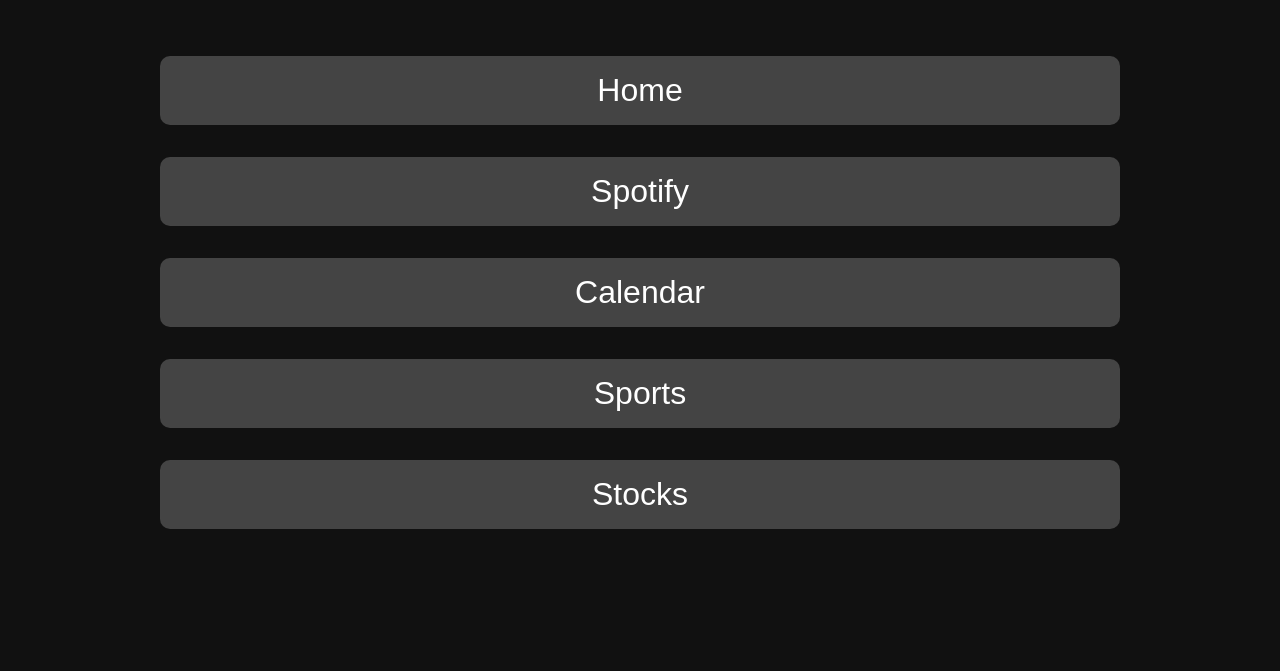
Repository: dakim21/Smart-Mirror
Page: http://localhost/remote
An editor plug-in stored every save of this project. The page is shown before and after the next save, followed by the edit.
The browser window is 1280 px wide. The pictures show the whole page.
The page is served by the project's application, run on Flask 3 (app.py).

Above is the page before, as saved 2025-04-26 16:31:00.

### templates/remote.html
<!-- templates/remote.html -->
<!DOCTYPE html>
<html lang="en">
<head>
  <meta charset="UTF-8">
  <meta name="viewport" content="width=device-width, initial-scale=1.0">
  <style>
    body {
      font-family: 'Sora', sans-serif;
      background: #111;
      color: white;
      display: flex;
      flex-direction: column;
      align-items: center;
      padding: 2rem;
    }

    button {
      font-size: 2rem;
      margin: 1rem;
      padding: 1rem 2rem;
      background: #444;
      color: white;
      border: none;
      border-radius: 10px;
      cursor: pointer;
      width: 80%;
    }

    button:hover {
      background: #666;
    }
  </style>
</head>
<body>
  <button onclick="setPage('home')">Home</button>
  <button onclick="setPage('spotify')">Spotify</button>
  <button onclick="setPage('calendar')">Calendar</button>
  <button onclick="setPage('sports')">Sports</button>
  <button onclick="setPage('stocks')">Stocks</button>

  <script>
    async function setPage(page) {
      await fetch("/set_page", {
        method: "POST",
        headers: {
          "Content-Type": "application/json"
        },
        body: JSON.stringify({ page })
      });
      alert(`Mirror set to "${page}"`);
    }
  </script>
</body>
</html>

### app.py
'''
Smart Mirror Backend Server

- Provides webpage routes for the Smart Mirror UI
- Serves backend data for stocks, sports, Spotify, and Google Calendar
- Caches API responses to limit frequent requests
- Built with Flask
'''

# Import necessary libraries and modules
from flask import Flask, render_template, jsonify, request, redirect
import time
from datetime import datetime, time as dt_time, timedelta, date
import pytz, os, requests
from dotenv import load_dotenv
from spotipy import Spotify
from spotipy.oauth2 import SpotifyOAuth
from google.oauth2.credentials import Credentials
from google_auth_oauthlib.flow import InstalledAppFlow
from googleapiclient.discovery import build
from google.auth.transport.requests import Request

# Initialize Flask app
app = Flask(__name__)

# Load environment variables from .env file
load_dotenv()

# Add headers to prevent caching after each request
@app.after_request
def add_header(response):
    response.headers["Cache-Control"] = "no-cache, no-store, must-revalidate"
    response.headers["Pragma"] = "no-cache"
    response.headers["Expires"] = "0"
    return response

# Track current page shown on mirror
current_page = "home"

# ================================
# Mirror UI Routes
# ================================

@app.route('/mirror')
def mirror():
    # Load main mirror frame
    return render_template('mirror.html')

@app.route('/current_page')
def get_current_page():
    # Return the name of the current active page
    return jsonify({"page": current_page})

@app.route('/set_page', methods=['POST'])
def set_current_page():
    # Update the page based on user request
    global current_page
    data = request.get_json()
    page = data.get('page', 'home')
    current_page = page
    return jsonify({"status": "success", "current_page": current_page})

# ================================
# UI Subpages
# ================================

@app.route('/')
@app.route('/home')
def home():
    # Home page route
    return render_template('home.html')

@app.route('/spotify')
def spotify_page():
    # Spotify page route
    return render_template('spotify.html')

@app.route('/remote')
def remote():
    # Remote control page route
    return render_template('remote.html')

@app.route('/calendar')
def calendar_page():
    # Calendar page route
    return render_template('calendar.html')

@app.route('/stocks')
def stocks():
    # Stocks chart page route
    return render_template('stocks.html')

@app.route('/sports')
def sports():
    # Sports page route
    return render_template('sports.html')

# ================================
# Stocks API
# ================================

# Setup caching for stock data
cached_stock_data = None
cached_stock_time = 0
STOCK_CACHE_TTL = 600  # seconds

@app.route('/stocks_data')
def stocks_data():
    global cached_stock_data, cached_stock_time

    now = time.time()
    if cached_stock_data and (now - cached_stock_time) < STOCK_CACHE_TTL:
        print("✅ Returning cached stock data")
        return jsonify(cached_stock_data)

    API_KEY = "A79E9AHKRPHVZROI"  # (or whatever your new API key is)
    STOCK_SYMBOLS = ['GOOGL', 'NVDA', 'INTC', 'NXPI']
    result = {}

    for symbol in STOCK_SYMBOLS:
        url = f"https://www.alphavantage.co/query?function=TIME_SERIES_DAILY&symbol={symbol}&apikey={API_KEY}"
        print(f"Fetching {symbol}: {url}")
        r = requests.get(url, timeout=10)
        data = r.json()

        time_series = data.get("Time Series (Daily)", {})
        dates = sorted(time_series.keys(), reverse=True)[:5]

        labels, prices = [], []
        for date_ in sorted(dates):
            close_price = float(time_series[date_]["4. close"])
            month, day = date_.split("-")[1:]
            labels.append(f"{int(month)}/{int(day)}")
            prices.append(close_price)

        result[symbol] = {"labels": labels, "prices": prices}

    cached_stock_data = result
    cached_stock_time = now
    print("✅ Stock data updated and cached")
    return jsonify(result)

# ================================
# Sports API
# ================================

# Setup caching for sports data
cached_sports_data = None
cached_sports_time = 0
SPORTS_CACHE_TTL = 600  # seconds

@app.route('/sports_data')
def sports_data():
    global cached_sports_data, cached_sports_time

    now = time.time()
    if cached_sports_data and (now - cached_sports_time) < SPORTS_CACHE_TTL:
        # Return cached sports if not expired
        print("✅ Returning cached sports data")
        return jsonify(cached_sports_data)

    API_KEY = "PoeGaPJk98jwRXxUCxzL1BkR4Fg94PYlk6lIhuYb"
    tz = pytz.timezone("US/Eastern")
    today = date.today()

    games_url = f"https://api.sportradar.com/mlb/trial/v8/en/games/{today.year}/{today.month:02}/{today.day:02}/schedule.json?api_key={API_KEY}"
    standings_url = f"https://api.sportradar.com/mlb/trial/v8/en/seasons/{today.year}/REG/standings.json?api_key={API_KEY}"

    games, divisions = [], []

    try:
        # Get today's games
        games_response = requests.get(games_url)
        if games_response.status_code == 200:
            data = games_response.json()
            for game in data.get('games', []):
                away = f"{game['away'].get('market', '')} {game['away']['name']}".strip()
                home = f"{game['home'].get('market', '')} {game['home']['name']}".strip()
                game_time_utc = datetime.fromisoformat(game['scheduled'])
                game_time_local = game_time_utc.astimezone(tz).strftime("%I:%M %p")
                games.append({'away': away, 'home': home, 'time': game_time_local})

        # Get standings data
        standings_response = requests.get(standings_url)
        if standings_response.status_code == 200:
            data = standings_response.json()
            for league in data['league']['season']['leagues']:
                for division in league['divisions']:
                    teams = []
                    for team in division['teams']:
                        teams.append({
                            'rank': team['rank']['division'],
                            'name': team['name'],
                            'wins': team['win'],
                            'losses': team['loss'],
                            'win_p': f"{team['win_p']:.3f}",
                            'games_back': team['games_back'],
                            'last_10': f"{team['last_10_won']}-{team['last_10_lost']}"
                        })
                    divisions.append({'division_name': division['name'], 'teams': teams})

    except Exception as e:
        print(f"Error fetching sports data: {e}")

    cached_sports_data = {'games': games, 'divisions': divisions}
    cached_sports_time = now
    print("✅ Sports data updated and cached")
    return jsonify(cached_sports_data)

# ================================
# Spotify API
# ================================

@app.route('/spotify_data')
def get_spotify_info():
    # Authenticate and fetch current Spotify song
    sp_oauth = SpotifyOAuth(
        client_id=os.getenv("CLIENT_ID"),
        client_secret=os.getenv("CLIENT_SECRET"),
        redirect_uri='http://10.0.0.180:5000/callback',
        scope='user-read-playback-state user-read-currently-playing',
        cache_path='secrets/.spotify_token.json'
    )

    token_info = sp_oauth.get_cached_token()
    if not token_info:
        return redirect(sp_oauth.get_authorize_url())

    sp = Spotify(auth_manager=sp_oauth)
    song = sp.current_playback()

    if song and song.get('item'):
        track = song['item']
        album = track.get('album', {})
        artists = track.get('artists', [])
        return jsonify({
            'name': track.get('name'),
            'artist': artists[0]['name'] if artists else 'N/A',
            'album': album.get('name'),
            'album_cover': album.get('images', [{}])[0].get('url', ''),
            'device': song.get('device', {}).get('name'),
            'duration_ms': track.get('duration_ms', 0),
            'progress_ms': song.get('progress_ms', 0)
        })

    return jsonify({'name': 'N/A', 'artist': 'N/A', 'album': 'N/A', 'album_cover': '', 'device': 'N/A'})

@app.route('/spotify_login')
def spotify_login():
    # Redirect to Spotify login page
    sp_oauth = SpotifyOAuth(
        client_id=os.getenv("CLIENT_ID"),
        client_secret=os.getenv("CLIENT_SECRET"),
        redirect_uri='http://10.0.0.180:5000/callback',
        scope='user-read-playback-state user-read-currently-playing',
        cache_path='secrets/.spotify_token.json'
    )
    return redirect(sp_oauth.get_authorize_url())

@app.route('/callback')
def spotify_callback():
    # Handle Spotify OAuth callback
    sp_oauth = SpotifyOAuth(
        client_id=os.getenv("CLIENT_ID"),
        client_secret=os.getenv("CLIENT_SECRET"),
        redirect_uri='http://10.0.0.180:5000/callback',
        scope='user-read-playback-state user-read-currently-playing',
        cache_path='secrets/.spotify_token.json'
    )
    code = request.args.get('code')
    token_info = sp_oauth.get_access_token(code, as_dict=True)
    return redirect('/spotify') if token_info else "Authorization failed."

# ================================
# Google Calendar API
# ================================

@app.route('/calendar_data')
def get_calendar_events():
    # Authenticate and fetch calendar events
    SCOPES = ['https://www.googleapis.com/auth/calendar.readonly']

    creds = None
    if os.path.exists('secrets/token.json'):
        creds = Credentials.from_authorized_user_file('secrets/token.json', SCOPES)
        if creds and creds.expired and creds.refresh_token:
            creds.refresh(Request())

    if not creds or not creds.valid:
        flow = InstalledAppFlow.from_client_secrets_file('secrets/credentials.json', SCOPES)
        creds = flow.run_local_server(port=0)
        with open('secrets/token.json', 'w') as token:
            token.write(creds.to_json())

    service = build('calendar', 'v3', credentials=creds)
    tz = pytz.timezone('America/New_York')
    now = datetime.now(tz)
    today = now.date()

    one_month_later = (today.replace(day=28) + timedelta(days=10)).replace(day=1)

    start_today = tz.localize(datetime.combine(today, dt_time.min)).isoformat()
    end_today = tz.localize(datetime.combine(today, dt_time.max)).isoformat()
    start_future = tz.localize(datetime.combine(today + timedelta(days=1), dt_time.min)).isoformat()
    end_future = tz.localize(datetime.combine(one_month_later, dt_time.max)).isoformat()

    today_events, upcoming_events = [], []

    # Today's events (Classes)
    classes_result = service.events().list(
        calendarId='f68d2ac45e9ac7aba185ad08cc6d511542196634c495bca2cff141cf13e8e22f@group.calendar.google.com',
        timeMin=start_today,
        timeMax=end_today,
        timeZone='America/New_York',
        singleEvents=True,
        orderBy='startTime'
    ).execute()

    for e in classes_result.get('items', []):
        dt = datetime.fromisoformat(e['start'].get('dateTime', e['start'].get('date')).replace('Z', '')).astimezone(tz)
        today_events.append({'start': dt.strftime('%I:%M %p'), 'summary': e.get('summary', 'No Title')})

    # Upcoming personal events
    daniel_result = service.events().list(
        calendarId='9cf36c61af86479abe999f348c513dcdc1a190a54b22038fbba2f274401c8261@group.calendar.google.com',
        timeMin=start_future,
        timeMax=end_future,
        timeZone='America/New_York',
        singleEvents=True,
        orderBy='startTime'
    ).execute()

    for e in daniel_result.get('items', []):
        dt = datetime.fromisoformat(e['start'].get('dateTime', e['start'].get('date')).replace('Z', '')).astimezone(tz)
        upcoming_events.append({'date': dt.strftime('%A, %B %d'), 'start': dt.strftime('%I:%M %p'), 'summary': e.get('summary', 'No Title')})

    return jsonify({'today': today_events, 'upcoming': upcoming_events})

# ================================
# Server Entry Point
# ================================

if __name__ == '__main__':
    # Start Flask server on all IPs, port 5000
    app.run(host='0.0.0.0', port=5000)

After the next save:
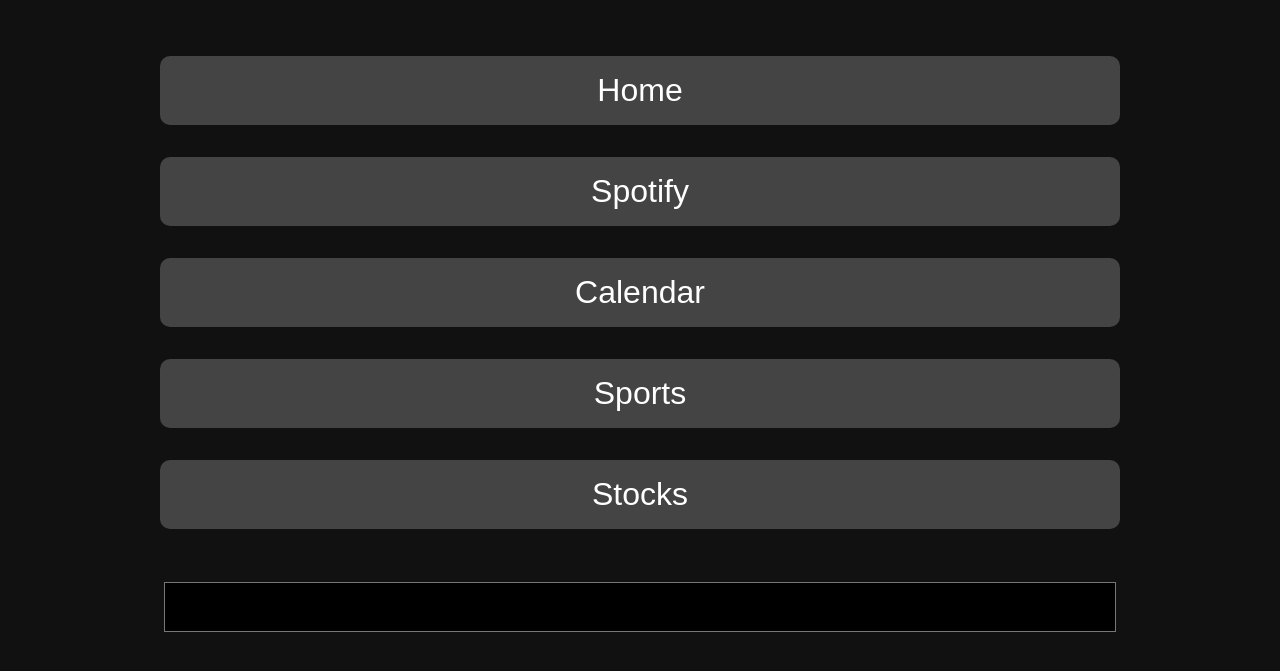
Saved 21 h 36 min later.
--- a/templates/remote.html
+++ b/templates/remote.html
@@ -30,6 +30,16 @@
     button:hover {
       background: #666;
     }
+
+    #colorPicker {
+      margin-top: 2rem;
+      width: 80%;
+      height: 60px;
+      border: none;
+      border-radius: 10px;
+      background: none;
+      cursor: pointer;
+    }
   </style>
 </head>
 <body>
@@ -38,6 +48,9 @@
   <button onclick="setPage('calendar')">Calendar</button>
   <button onclick="setPage('sports')">Sports</button>
   <button onclick="setPage('stocks')">Stocks</button>
+
+  <!-- LED Color Picker -->
+  <input type="color" id="colorPicker" onchange="setLEDColor()">
 
   <script>
     async function setPage(page) {
@@ -50,6 +63,20 @@
       });
       alert(`Mirror set to "${page}"`);
     }
+
+    async function setLEDColor() {
+      const colorPicker = document.getElementById('colorPicker');
+      const color = colorPicker.value; // like "#ff0000"
+
+      await fetch("/set_led_color", {
+        method: "POST",
+        headers: {
+          "Content-Type": "application/json"
+        },
+        body: JSON.stringify({ color })
+      });
+      alert(`LED color set to "${color}"`);
+    }
   </script>
 </body>
 </html>
